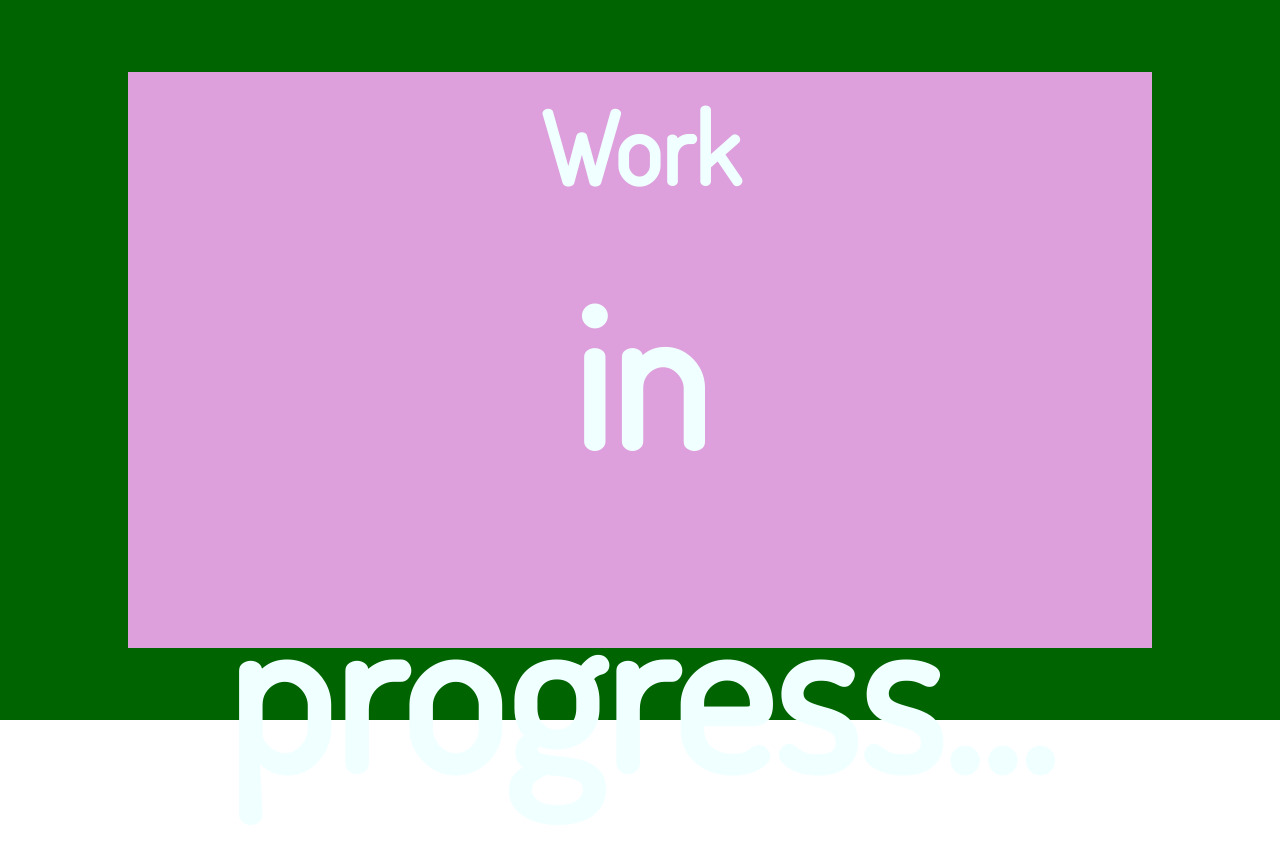
Repository: NollieChtn6/NollieChtn6.github.io
Page: index.html
These files come from the project's save history. The page is drawn as it stood at one moment and after the next save; the edit follows.
The browser window is 1280 px wide. The pictures show the whole page.

Above is the page before, as saved 2023-11-10 18:17:00.

After the next save:
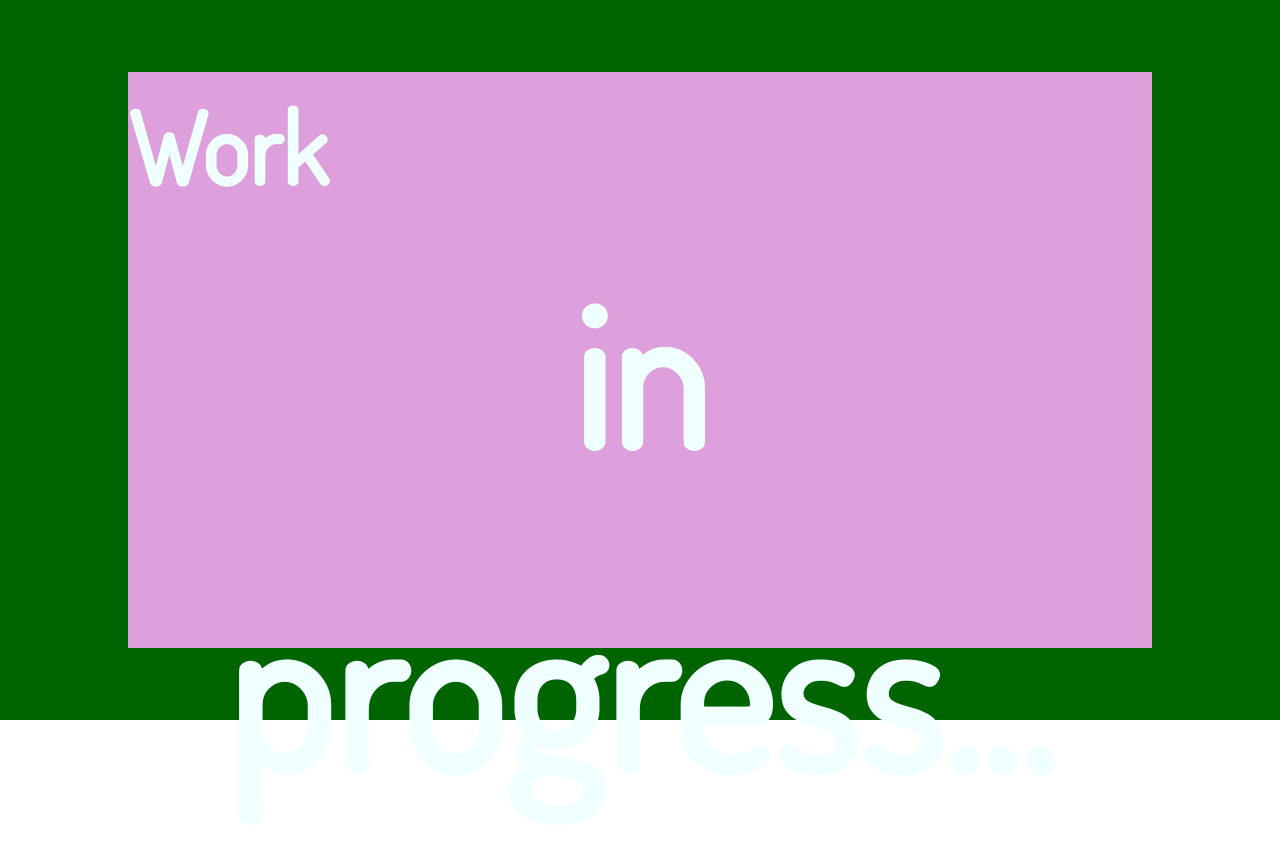
Saved 29 s later.
--- a/css/style.css
+++ b/css/style.css
@@ -65,7 +65,7 @@ h1 {
 }
 
 .main__title--level-1 {
-  align-self: center;
+  align-self: left;
 
 }
 
